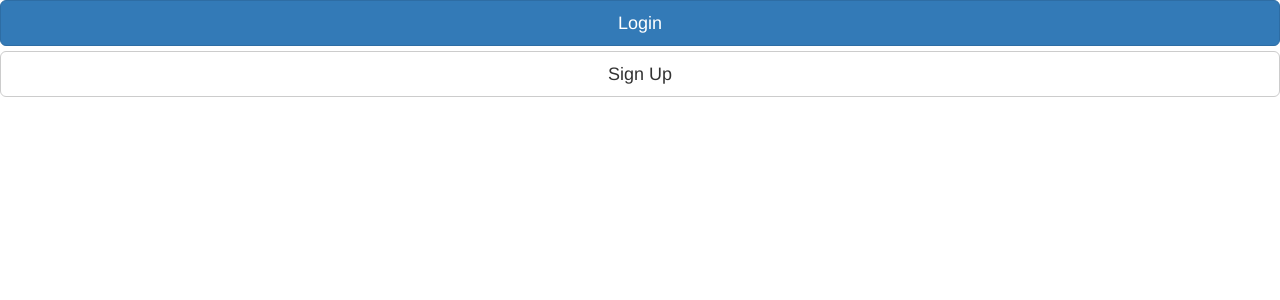
Repository: rurkss/itmee
Page: http://localhost/
The author's editor kept a record of every edit. The page is drawn from the files as they stood at one moment, then again after the next edit.
The browser window is 1280 px wide. The pictures show the whole page.
Some web libraries are served in a nearby version. The page is run by PHP 8.4 with error messages shown; the project is at /var/www/html/.

Above is the page before.
Console error (its wording comes from the project's code and is left out).

After the next edit:
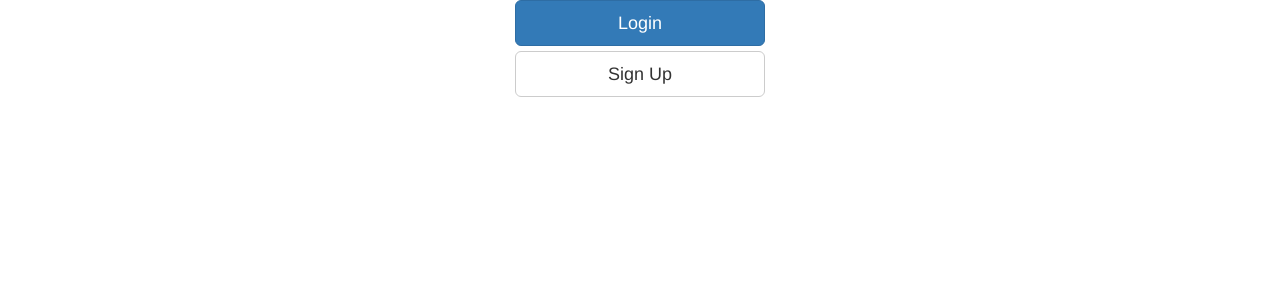
The edit:
--- a/index.php
+++ b/index.php
@@ -9,10 +9,12 @@
 </head>
 
 <body>
-  <a href="/login.php" type="button" class="btn btn-primary btn-lg btn-block">
-    Login
-  </a>
-  <a href="/signup.php" type="button" class="btn btn-default btn-lg btn-block">
-    Sign Up
-  </a>
+  <div style="width: 250px; margin: 0 auto;">
+    <a href="/login.php" type="button" class="btn btn-primary btn-lg btn-block">
+      Login
+    </a>
+    <a href="/signup.php" type="button" class="btn btn-default btn-lg btn-block">
+      Sign Up
+    </a>
+  </div>
 </body>
